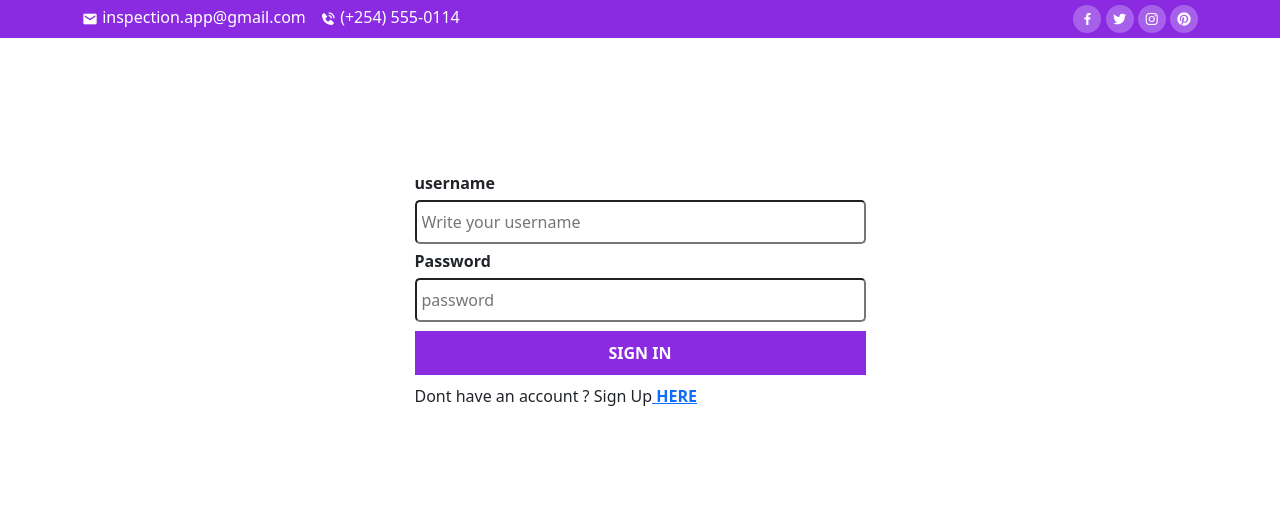
Repository: NDISHAW/Inspectionapp-rails
Page: public/signIn.html
An editor plug-in stored every save of this project. The page is shown before and after the next save, followed by the edit.
The browser window is 1280 px wide. The pictures show the whole page.

Above is the page before, as saved 2022-10-09 04:45:41.

After the next save:
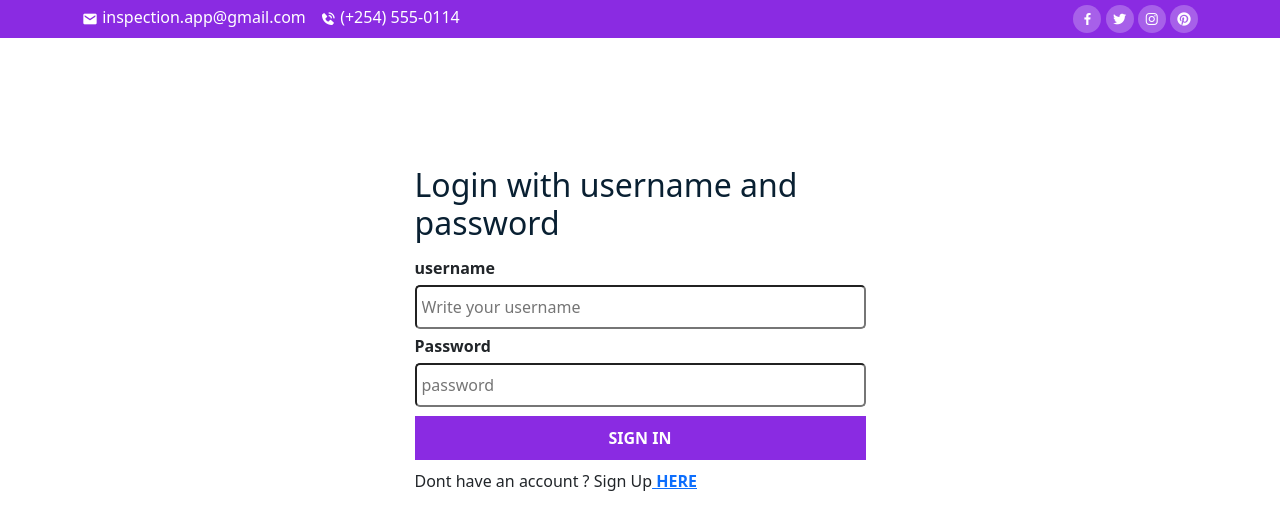
Saved 4 s later.
--- a/public/signIn.html
+++ b/public/signIn.html
@@ -37,7 +37,7 @@
         <div class="row justify-content-center">
           <div class="col-lg-5 py-5">
             <div class="row">
-
+              <h2>Login with username and password</h2>
               <div class="col-12">
             <!-- Email  -->
             <div class="email">
